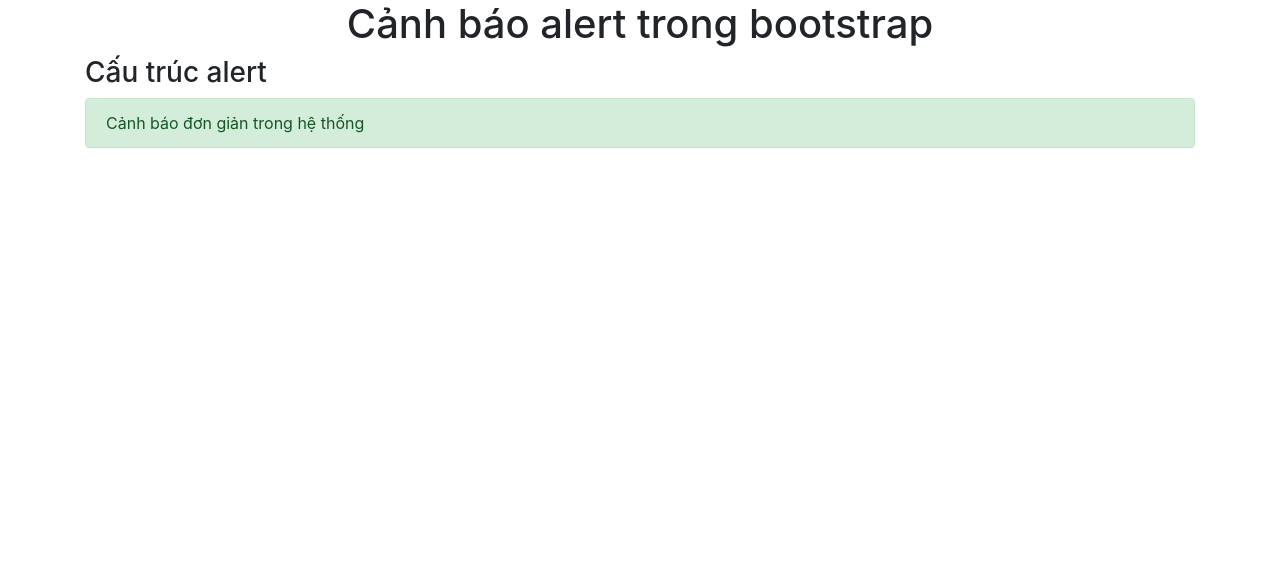
Repository: anhtu2110/front_end
Page: lesson/bootstrap/advance/5.15-alert.html
The author's editor kept a copy of each file at every save. The page is drawn from the files as they stood at one save, then again after the next save.
The browser window is 1280 px wide. The pictures show the whole page.

Above is the page before, as saved 2022-12-09 14:50:16.

### lesson/bootstrap/advance/5.15-alert.html
<!DOCTYPE html>
<html lang="en">

<head>
    <meta charset="UTF-8" />
    <meta http-equiv="X-UA-Compatible" content="IE=edge" />
    <meta name="viewport" content="width=device-width, initial-scale=1.0" />
    <link rel="stylesheet" href="./bootstrap/css/bootstrap.min.css" />
    <title>Cảnh báo alert trong bootstrap</title>
</head>

<body>
    <div class="container">
        <div class="row">
            <div class="col-md-12">
                <h1 class="text-center">Cảnh báo alert trong bootstrap</h1>
                <h3>Cấu trúc alert</h3>
                <div class="alert alert-success">
                    Cảnh báo đơn giản trong hệ thống
                </div>
            </div>
        </div>
    </div>
    <script src="js/jquery-3.6.1.min.js"></script>
    <script src="js/popper.min.js"></script>
    <script src="./bootstrap/js/bootstrap.min.js"></script>
</body>

</html>

Loaded but not shown: lesson/bootstrap/advance/bootstrap/css/bootstrap.min.css (library); lesson/bootstrap/advance/js/jquery-3.6.1.min.js (library); lesson/bootstrap/advance/js/popper.min.js (library); lesson/bootstrap/advance/bootstrap/js/bootstrap.min.js (library)

After the next save:
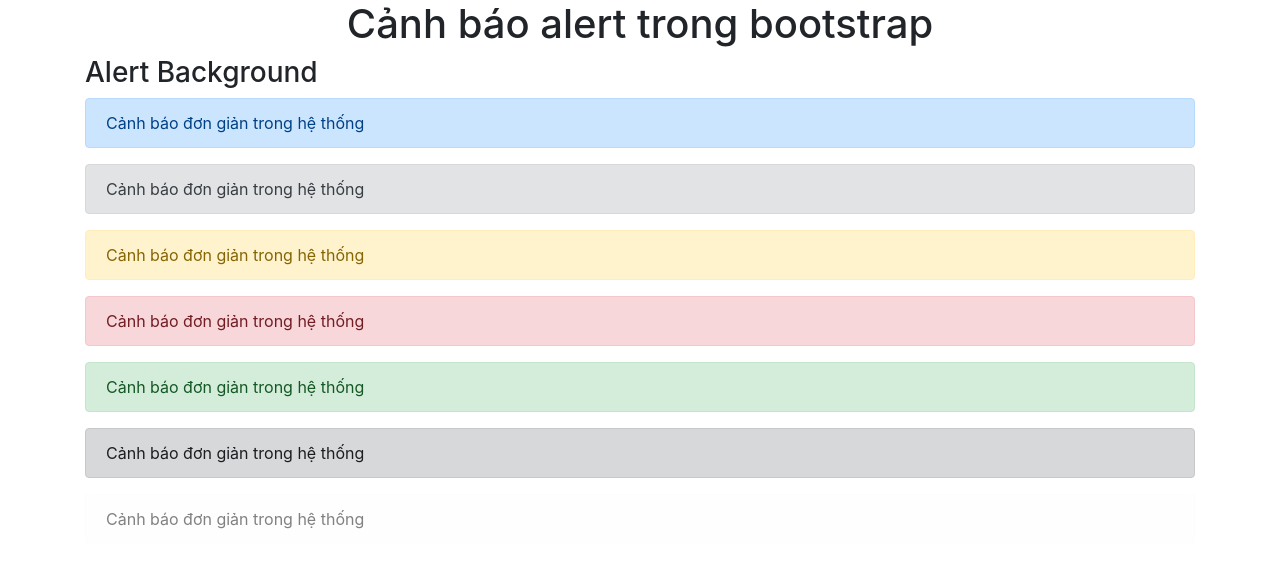
Saved 2 min 15 s later.
--- a/lesson/bootstrap/advance/5.15-alert.html
+++ b/lesson/bootstrap/advance/5.15-alert.html
@@ -14,8 +14,26 @@
         <div class="row">
             <div class="col-md-12">
                 <h1 class="text-center">Cảnh báo alert trong bootstrap</h1>
-                <h3>Cấu trúc alert</h3>
-                <div class="alert alert-success">
+                <h3>Alert Background</h3>
+                <div class="alert alert-primary" role="alert">
+                    Cảnh báo đơn giản trong hệ thống
+                </div>
+                <div class="alert alert-secondary" role="alert">
+                    Cảnh báo đơn giản trong hệ thống
+                </div>
+                <div class="alert alert-warning" role="alert">
+                    Cảnh báo đơn giản trong hệ thống
+                </div>
+                <div class="alert alert-danger" role="alert">
+                    Cảnh báo đơn giản trong hệ thống
+                </div>
+                <div class="alert alert-success" role="alert">
+                    Cảnh báo đơn giản trong hệ thống
+                </div>
+                <div class="alert alert-dark" role="alert">
+                    Cảnh báo đơn giản trong hệ thống
+                </div>
+                <div class="alert alert-light" role="alert">
                     Cảnh báo đơn giản trong hệ thống
                 </div>
             </div>
